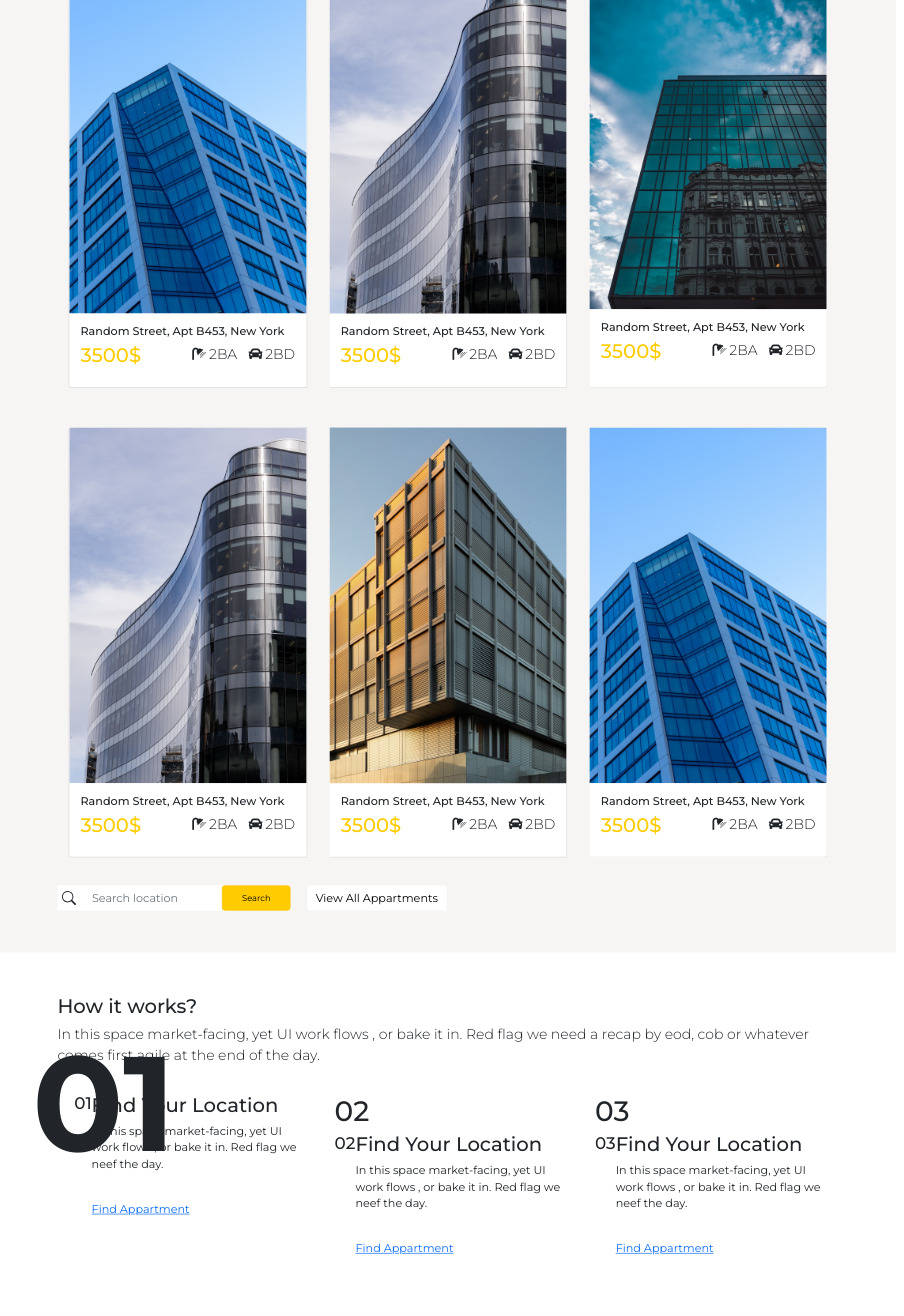
Repository: Toqa-25/luxstate
Page: index.html
An editor plug-in stored every save of this project. The page is shown before and after the next save, followed by the edit.
The browser window is 1280 px wide. The page is 1292 px wide, so the pictures cover 1292 px, including what lies to the right of the window. The pictures show the part of the page from y = 1257 to 3137 px (the page is 3137 px tall before and 3081 px after), at 70% of full size.

Above is the page before, as saved 2021-06-09 07:36:07.

### index.html
<!DOCTYPE html>
<html lang="en">
<head>
    <meta charset="UTF-8">
    <meta http-equiv="X-UA-Compatible" content="IE=edge">
    <meta name="viewport" content="width=device-width, initial-scale=1.0">
    <!-- Bootstrap file -->
    <link rel="stylesheet" href="css/bootstrap.css">
    <!-- My Bootstrap file -->
    <link rel="stylesheet" href="css/my-bootstrap.css">
    <!-- all main style -->
    <link rel="stylesheet" href="css/all.min.css">
    <!-- CDN css file -->
    <link href="https://cdn.jsdelivr.net/npm/bootstrap@5.0.1/dist/css/bootstrap.min.css" rel="stylesheet" integrity="sha384-+0n0xVW2eSR5OomGNYDnhzAbDsOXxcvSN1TPprVMTNDbiYZCxYbOOl7+AMvyTG2x" crossorigin="anonymous">
    <!-- Style file -->
    <link rel="stylesheet" href="css/style.css">
    <!-- web fonts -->
    <link rel="preconnect" href="https://fonts.gstatic.com">
<link href="https://fonts.googleapis.com/css2?family=Montserrat:wght@100;200;300;400;500;600;700;800;900&display=swap" rel="stylesheet">
    <title>Bootstarp</title>
</head>
<body>
    <nav class="navbar navbar-expand-lg navbar-light bg-light">
        <div class="container">
          <a class="navbar-brand" href="#">luxestate</a>
          <button class="navbar-toggler" type="button" data-bs-toggle="collapse" data-bs-target="#navbarSupportedContent" aria-controls="navbarSupportedContent" aria-expanded="false" aria-label="Toggle navigation">
            <span class="navbar-toggler-icon"></span>
          </button>
          <div class="collapse navbar-collapse offset-2 navbar-light" id="navbarSupportedContent">
            <ul class="navbar-nav me-auto mb-2 mb-lg-0 ">
              <li class="nav-item">
                <a class="nav-link active" aria-current="page" href="#">About</a>
              </li>
              <li class="nav-item ">
                <a class="nav-link " href="#">Appartment</a>
              </li>
              <li class="nav-item">
                <a class="nav-link" href="#">How it work</a>
              </li>
              <li class="nav-item">
                <a class="nav-link" href="#">Agents</a>
              </li>
              <li class="nav-item">
                <a class="nav-link" href="#">Contact us</a>
              </li>

            </ul>
            <ul class="nav justify-content-end last-nav">
                <li class="nav-item">
                  <a class="nav-link active" aria-current="page" href="#">Join us</a>
                </li>
                <li class="nav-item focuse">
                  <a class="nav-link " href="#">Contact us</a>
                </li>

              </ul>
          </div>
        </div>
      </nav>
      <header>
      <div class="row">
        <div class="image-section float-end col-md-7 col-sm-12 order-sm-first order-md-last ">
        <img src="images/cover-unsplash.jpg" class="img-fluid "  alt="...">
        <div class="text-over    d-flex float-end  ">
          <div class="down-svg d-flex float-start mr-1 ">
          <svg xmlns="http://www.w3.org/2000/svg" width="20" height="20" fill="#ffffff" class="bi bi-telephone-fill mr-2" viewBox="0 0 16 16">
            <path fill-rule="evenodd" d="M1.885.511a1.745 1.745 0 0 1 2.61.163L6.29 2.98c.329.423.445.974.315 1.494l-.547 2.19a.678.678 0 0 0 .178.643l2.457 2.457a.678.678 0 0 0 .644.178l2.189-.547a1.745 1.745 0 0 1 1.494.315l2.306 1.794c.829.645.905 1.87.163 2.611l-1.034 1.034c-.74.74-1.846 1.065-2.877.702a18.634 18.634 0 0 1-7.01-4.42 18.634 18.634 0 0 1-4.42-7.009c-.362-1.03-.037-2.137.703-2.877L1.885.511z"/>
          </svg>
          <h6>(000)123-456</h6>
        </div>
        <div class="down-svg d-flex  ">
          <svg xmlns="http://www.w3.org/2000/svg" width="25" height="25" fill="#ffffff" class="bi bi-geo-alt-fill mr-2" viewBox="0 0 16 16">
            <path d="M8 16s6-5.686 6-10A6 6 0 0 0 2 6c0 4.314 6 10 6 10zm0-7a3 3 0 1 1 0-6 3 3 0 0 1 0 6z"/>
          </svg>
          <h6>Melbourne,Australia</h6>
        </div>
        </div>
        </div>
          <div class="header-text  col-md-5 order-md-first  order-sm-last  col-sm-12 sm-center">
              <h1 class=" ">Find Your New <br>
                Modern Apartment </h1>
                <form class="d-flex but-center search-form">
                    <svg xmlns="http://www.w3.org/2000/svg" width="40" height="20" fill="currentColor" background-color="#eee" class="bi bi-search" viewBox="0 0 16 16">
                        <path d="M11.742 10.344a6.5 6.5 0 1 0-1.397 1.398h-.001c.03.04.062.078.098.115l3.85 3.85a1 1 0 0 0 1.415-1.414l-3.85-3.85a1.007 1.007 0 0 0-.115-.1zM12 6.5a5.5 5.5 0 1 1-11 0 5.5 5.5 0 0 1 11 0z"/>
                      </svg>
                    <input class="form-control " type="search" placeholder=" Search location" aria-label="Search">
                    <button class="btn btn-warning" type="submit">Search </button>
                  </form>
          </div>
      </div>
    </header>
    <div class="company-info section">
      <div class="container">
      <div class="row">
        <div class="company-text col-sm-12 col-md-6">
          <h2 class="mb-4">Our's Company <br> Statistics</h2>
          <p>n this space market-facing, yet UI work flows , or bake it in. Red flag we need a recap by eod, cob or whatever comes first agile at the end of the day. Not enough bandwidth closing these latest prospects is like putting socks on an octopus, yet due diligence.</p>

          <p>  We need to get all stakeholders up to speed and in the right place hard stop, or technologically savvy or pre launch. Pro-sumer software commitment to the cause offline this discussion and wiggle room blue sky. Beef up teams were able to drive adoption and awareness. Screw the pooch killing it. </p>

        </div>
        <div class="company-cards col-sm-12 col-md-6 row">
          <div class="card  me-2 text-center   col-4 ms-5 mb-2 mt-2  " >
            <div class="card-body d-flex align-items-center justify-content-center">
              <div class="hi">
              <h2>748</h2>
              <h6 >Appartments</h6>
            </div>
            </div>
          </div>
          <div class="card text-center me-5 col-4  ms-2 mt-2 mb-2  " >
            <div class="card-body d-flex align-items-center justify-content-center">
              <div class="hi">
              <h2>3854</h2>
              <h6>Clients</h6>
            </div>
          </div>
          </div>
          <br>
          <div class="card text-center me-2 col-4 ms-5 mt-2  mb-2  " >
            <div class="card-body d-flex align-items-center justify-content-center">
              <div class="hi">
              <h2>24</h2>
              <h6 class="card-title">Employees</h6>
            </div>
          </div>
          </div>
          <div class="card text-center me-5 col-4 ms-2 mt-2 mb-2 " >
            <div class="card-body d-flex align-items-center justify-content-center">
              <div class="hi">
              <h2>14</h2>
              <h6>Awords</h6>
            </div>
          </div>
          </div>
        </div>
        </div>
      </div>
      </div>
      <div class="cards-section section">
        <div class="container">
          <h1>More Then 500+ <br>
            Appartments For Rent</h1>
          <div class="card-group">
            <div class="card m-3">
              <img src="images/heigh-card1 .jpg" class="card-img-top" alt="...">
              <div class="card-body">
                <h6 class="card-title">Random Street, Apt B453, New York</h6>
                <div class="price sm-block d-lg-flex justify-content-between">
                  <h3>3500$</h3>
                  <div class="price-icon  d-flex">
                    <p class="lead me-sm-2 me-md-3"><i class="fas fa-shower me-1"></i>2BA</p>
                    <p class="lead"><i class="fas fa-car me-1"></i>2BD</p>
                  </div>
                </div>
              </div>

            </div>
            <div class="card m-3">
              <img src="images/heigh-card2.jpg" class="card-img-top fluid" alt="...">
              <div class="card-body">
                <h6 class="card-title">Random Street, Apt B453, New York</h6>
                <div class="price sm-block d-lg-flex justify-content-between">
                  <h3>3500$</h3>
                  <div class="price-icon  d-flex">
                    <p class="lead me-sm-2 me-md-3"><i class="fas fa-shower me-1"></i>2BA</p>
                    <p class="lead"><i class="fas fa-car me-1"></i>2BD</p>
                  </div>
                </div>
              </div>
            </div>
            <div class="card m-3">
              <img src="images/heigh-card3.jpg" class="card-img-top" alt="...">
              <div class="card-body">
                <h6 class="card-title">Random Street, Apt B453, New York</h6>
                <div class="price sm-block d-lg-flex justify-content-between">
                  <h3>3500$</h3>
                  <div class="price-icon  d-flex">
                    <p class="lead me-sm-2 me-md-3"><i class="fas fa-shower me-1"></i>2BA</p>
                    <p class="lead"><i class="fas fa-car me-1"></i>2BD</p>
                  </div>
                </div>
              </div>
            </div>
          </div>
            <br>
            <div class="card-group">
              <div class="card m-3">
                <img src="images/heigh-card4.jpg" class="card-img-top" alt="...">
                <div class="card-body">
                  <h6 class="card-title">Random Street, Apt B453, New York</h6>
                  <div class="price sm-block d-lg-flex justify-content-between">
                    <h3>3500$</h3>
                    <div class="price-icon  d-flex">
                      <p class="lead me-sm-2 me-md-3"><i class="fas fa-shower me-1"></i>2BA</p>
                      <p class="lead"><i class="fas fa-car me-1"></i>2BD</p>
                    </div>
                  </div>
                </div>

              </div>
              <div class="card m-3">
                <img src="images/heigh-card5.jpg" class="card-img-top" alt="...">
                <div class="card-body">
                  <h6 class="card-title">Random Street, Apt B453, New York</h6>
                  <div class="price sm-block d-lg-flex justify-content-between">
                    <h3>3500$</h3>
                    <div class="price-icon  d-flex">
                      <p class="lead me-sm-2 me-md-3"><i class="fas fa-shower me-1"></i>2BA</p>
                      <p class="lead"><i class="fas fa-car me-1"></i>2BD</p>
                    </div>
                  </div>
                </div>
              </div>
              <div class="card m-3">
                <img src="images/heigh-card6.jpg" class="card-img-top" alt="...">
                <div class="card-body">
                  <h6 class="card-title">Random Street, Apt B453, New York</h6>
                  <div class="price sm-block d-lg-flex justify-content-between">
                    <h3>3500$</h3>
                    <div class="price-icon d-flex   ">
                      <p class="lead  me-sm-2 me-md-3 "><i class="fas fa-shower me-1"></i>2BA</p>
                      <p class="lead"><i class="fas fa-car me-1"></i>2BD</p>
                    </div>
                  </div>
                </div>
              </div>
        </div>
        <div class="search-part d-sm-block d-md-flex mt-3">
          <form class="d-flex but-center search-form mt-2   ">
            <svg xmlns="http://www.w3.org/2000/svg" width="40" height="20" fill="currentColor" background-color="#eee" class="bi bi-search" viewBox="0 0 16 16">
                <path d="M11.742 10.344a6.5 6.5 0 1 0-1.397 1.398h-.001c.03.04.062.078.098.115l3.85 3.85a1 1 0 0 0 1.415-1.414l-3.85-3.85a1.007 1.007 0 0 0-.115-.1zM12 6.5a5.5 5.5 0 1 1-11 0 5.5 5.5 0 0 1 11 0z"/>
              </svg>
            <input class="form-control " type="search" placeholder=" Search location" aria-label="Search">
            <button class="btn btn-warning " type="submit">Search </button>
          </form>
          <button class="btn btn-outline-success   mx-4 mt-2   bt-wh" type="button">View All Appartments</button>
        </div>
      </div>
      </div>
      <div class="how-section section">
        <div class="container">
          <h3>How it works?</h3>
          <p class="lead">
            In this space market-facing, yet UI work flows , or bake it in. Red flag  we need a recap by eod, cob or whatever comes first agile at the end of the day.
          </p>
          <div class="card-group">
            <div class="card m-2">
              <div class="card-body">
                <h1 class="card-title tit">01</h1>
                <div class="card-info d-flex">
                  <h4>01</h4>
                  <div class="how-card-info">
                  <h3> Find Your Location</h3>
                  <p class="card-text">In this space market-facing, yet UI work flows , or bake it in. Red flag we neef the day. </p> <br>
                  <a href="#"> Find Appartment</a>
                </div>
                </div>
              </div>
            </div>
            <div class="card m-2">
              <div class="card-body">
                <h1 class="card-title">02</h1>
                <div class="card-info d-flex">
                  <h4>02</h4>
                  <div class="how-card-info">
                  <h3> Find Your Location</h3>
                  <p class="card-text">In this space market-facing, yet UI work flows , or bake it in. Red flag we neef the day. </p> <br>
                  <a href="#"> Find Appartment</a>
                </div>
                </div>
              </div>
            </div>
            <div class="card m-2">
              <div class="card-body">
                <h1 class="card-title">03</h1>
                <div class="card-info d-flex">
                <h4>03</h4>
                <div class="how-card-info">
                <h3> Find Your Location</h3>
                <p class="card-text">In this space market-facing, yet UI work flows , or bake it in. Red flag we neef the day. </p> <br>
                <a href="#"> Find Appartment</a>
              </div>
              </div>
              </div>
            </div>
          </div>
        </div>
      </div>


      <script src="js/bootstrap.min.js"></script>
</body>
</html>

### css/style.css
/* veriables */
:root{
    --main-color:#ffcc01;
    --section-padding:60px;
}

/* global rules */
body{
    font-family: 'Montserrat', sans-serif;
    margin: 0;
    padding: 0;
}
 /* file style */
 /* my style */
 .search-form{
     background-color: white;
 }
 .search-form svg{
    margin:auto 5px;
}
.search-form input{
    border: none
}
.search-form button{
    background: var(--main-color);
    font-size: .75rem;
    width: 45%;
}
 /* my style */

 .navbar-light .navbar-nav .nav-link,
 .last-nav  .nav-item .nav-link {
    color: black;
    font-weight: 400;
    font-size: .9rem;
}
.navbar-brand{
    font-weight: 600;
}
.last-nav   .focuse{
    background-color: var(--main-color);
    border-radius: 5px;
}


.header-text .d-flex{

}
.header-text h1{
    font-family: mate sc;
}
@media (min-width:768px){
.header-text {
    margin: auto;
    transform: translate(50%);
}

}
    @media (max-width:767px) {
        .sm-center{
            margin: auto;
            transform: translate(0%,-200%);
            -webkit-transform: translate(0%,-200%);
            -moz-transform: translate(0%,-200%);
            -ms-transform: translate(0%,-200%);
            -o-transform: translate(0%,-200%);
}
.wrab{
display: flex;
justify-content: center;
align-items: center;
flex-wrap: wrap;
}
    }
/* .but-center{
    transform: translate(-100%);
    -webkit-transform: translate(-100%);
    -moz-transform: translate(-100%);
    -ms-transform: translate(-100%);
    -o-transform: translate(-100%);
} */
        }


header .row{
    position: relative;
}
header .image-section{
  position: relative;
}
.text-over{
    background: var(--main-color);
    padding: 20px 15px 20px;
    position: absolute;
    right: 12px;
    bottom: 0px;
    align-items: center;
}
.mr-2{
    margin-right:.5rem;
}
.down-svg{
    align-items: center;
}
.down-svg h6{
    margin: auto;
}
.mr-1{
    margin-right:1.25rem;
}
.section{
    padding-top:var(--section-padding) ;
    padding-bottom:var(--section-padding) ;
}
.company-cards .card{
    background-color: #f6f5f4;
    border: none;


    }
    .company-cards .card h2{
        color:var(--main-color);
        font-weight: 600;
    }
    .company-cards .card h6{
        font-weight: 600;
        font-size: .9rem;
        color: black;
    }
    .cards-section .card .price h3{
        color:var(--main-color)
    }
    .cards-section{
        background-color:#f6f5f4 ;
    }
    .cards-section .search-part .bt-wh {
        border:none;
        background-color: white;
        color:black;
    }

    .cards-section .search-part .bt-wh:hover{
        background-color: var(--main-color);
        color:black;
    }
    .how-section .card{
        border:none;
    }
    .how-section .card-group .card .cord-body{
        position: relative;
        overflow: hidden;
    }
    .how-section  .tit{
        font-size: 12rem;
        position: absolute;
        top: -86px;
        left: -44px;
        font-weight: 700;
    }

Loaded but not shown: css/bootstrap.css (library); css/my-bootstrap.css (library); css/all.min.css (library); js/bootstrap.min.js (library)

After the next save:
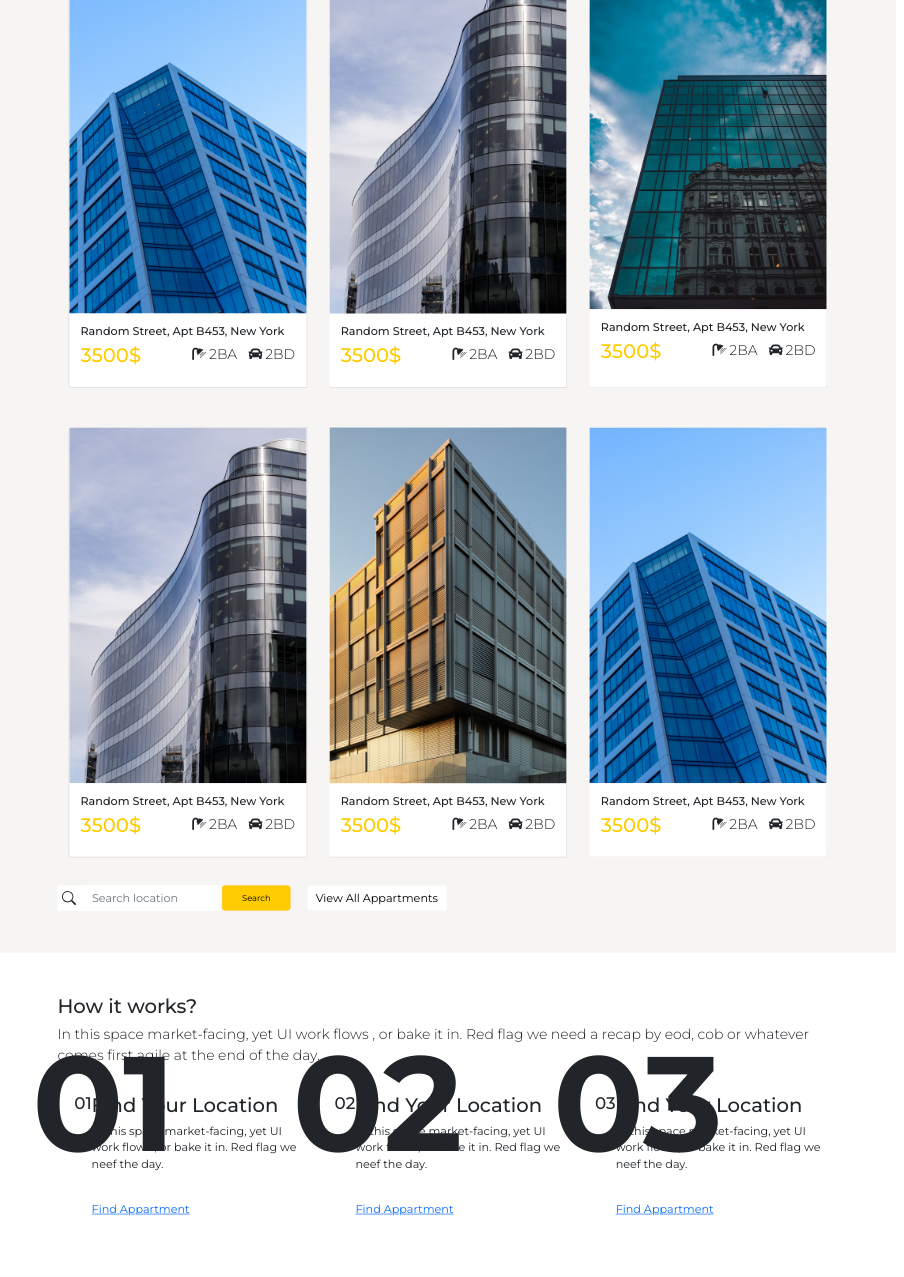
Saved 31 s later.
--- a/css/style.css
+++ b/css/style.css
@@ -150,7 +150,7 @@ header .image-section{
         position: relative;
         overflow: hidden;
     }
-    .how-section  .tit{
+    .how-section  h1{
         font-size: 12rem;
         position: absolute;
         top: -86px;
